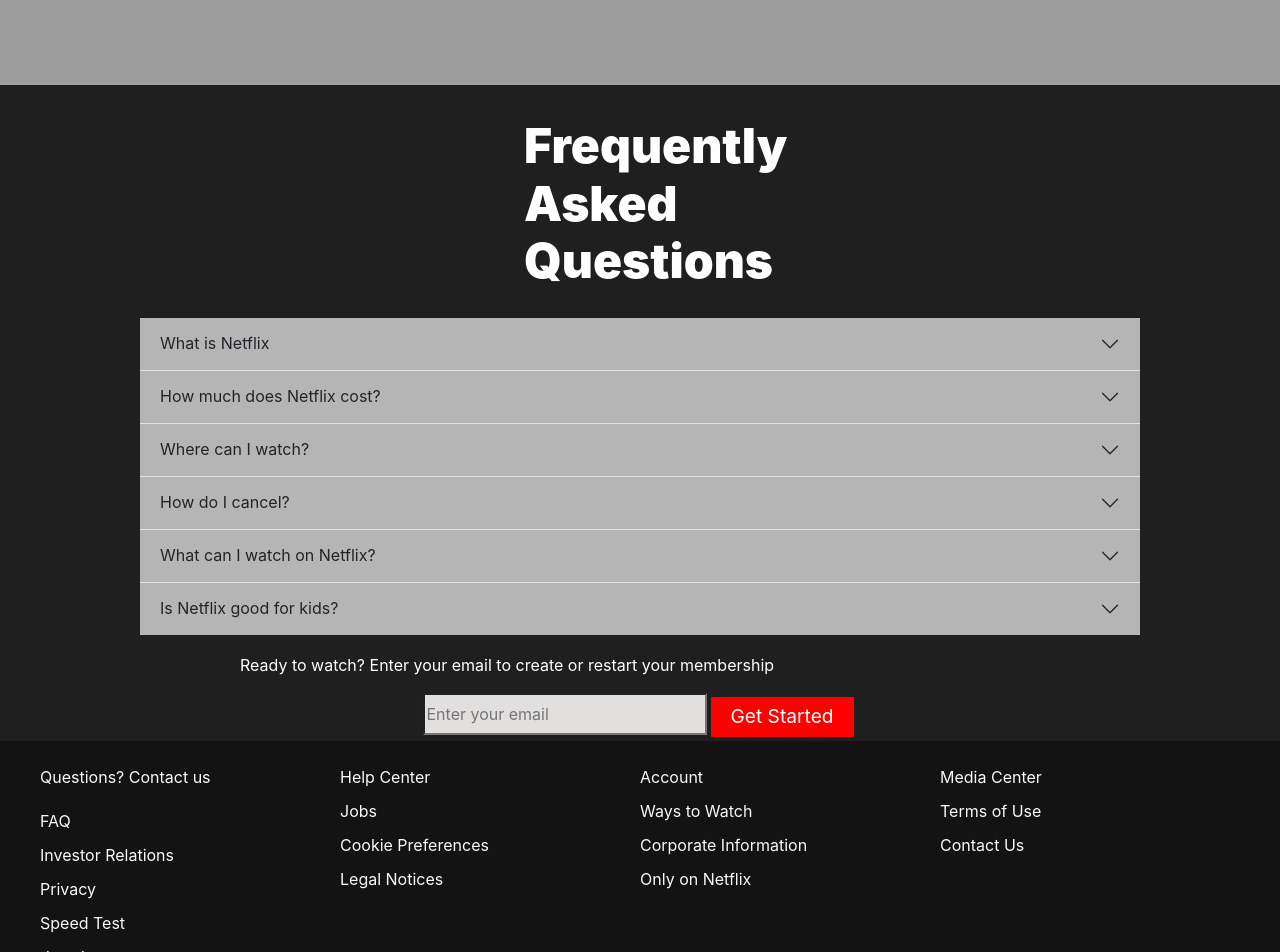
Repository: WajihaGul/Netflix-Clone
Page: /
These files come from the project's save history. The page is drawn as it stood at one moment and after the next save; the edit follows.
The browser window is 1280 px wide. The pictures show the part of the page from y = 536 to 1488 px (the page is 1589 px tall).
Pictures or frames that could not be fetched are drawn as grey boxes. The project was rebuilt for these pictures with package versions that can differ from the ones it lists, and the page was loaded fresh each time. Also part of the build but not shown: src/App.css.

Above is the page before, as saved 2024-05-24 16:43:36.

### public/index.html
<!DOCTYPE html>
<html lang="en">
  <head>
    <meta charset="utf-8" />
    <link rel="icon" href="https://encrypted-tbn0.gstatic.com/images?q=tbn:ANd9GcSJd82jZdXs8Uj9CX3mJFuRF27MZB7q_34xAg&s" />
    <meta name="viewport" content="width=device-width, initial-scale=1" />
    <meta name="theme-color" content="#000000" />
    <meta
      name="description"
      content="Web site created using create-react-app"
    />
    <link rel="apple-touch-icon" href="%PUBLIC_URL%/logo192.png" />
    <!--
      manifest.json provides metadata used when your web app is installed on a
      user's mobile device or desktop. See https://developers.google.com/web/fundamentals/web-app-manifest/
    -->
    <link rel="manifest" href="%PUBLIC_URL%/manifest.json" />
    <!--
      Notice the use of %PUBLIC_URL% in the tags above.
      It will be replaced with the URL of the `public` folder during the build.
      Only files inside the `public` folder can be referenced from the HTML.

      Unlike "/favicon.ico" or "favicon.ico", "%PUBLIC_URL%/favicon.ico" will
      work correctly both with client-side routing and a non-root public URL.
      Learn how to configure a non-root public URL by running `npm run build`.
    -->
    <title>Netflix- Watch TV Shows Online, Watch Movies Online</title>
  </head>
  <body>
    <noscript>You need to enable JavaScript to run this app.</noscript>
    <div id="root"></div>
    <!--
      This HTML file is a template.
      If you open it directly in the browser, you will see an empty page.

      You can add webfonts, meta tags, or analytics to this file.
      The build step will place the bundled scripts into the <body> tag.

      To begin the development, run `npm start` or `yarn start`.
      To create a production bundle, use `npm run build` or `yarn build`.
    -->
  </body>
</html>

### src/index.js
import "bootstrap/dist/css/bootstrap.min.css";
import React from "react";
import ReactDOM from "react-dom/client";
import "./index.css";
import App from "./App";
import reportWebVitals from "./reportWebVitals";

const root = ReactDOM.createRoot(document.getElementById("root"));
root.render(
  <React.StrictMode>
    <App />
  </React.StrictMode>
);

// If you want to start measuring performance in your app, pass a function
// to log results (for example: reportWebVitals(console.log))
// or send to an analytics endpoint. Learn more: https://bit.ly/CRA-vitals
reportWebVitals();

### src/App.js
import "./App.css";
import Footer from "./Components/Footer/Footer";
import FAQs from "./Components/FAQs/FAQs";
import SignupHere from "./Components/SignupHere/SignupHere";

function App() {
  return (
    <>
      <SignupHere />
      <FAQs />
      <Footer />
    </>
  );
}

export default App;

### src/Components/Footer/Footer.jsx
import React from "react";
import styles from "./Footer.module.css";
const Footer = () => {
  return (
    <>
      <footer className={`bg-dark text-light py-4 ${styles.mainclass}`}>
        <div className={styles.container}>
          <div className="row">
            <div className={styles.FooterHere}>
              <div className="col-lg-12">
                <p>Questions? Contact us </p>
                <ul>
                  <li>FAQ</li>
                  <li>Investor Relations</li>
                  <li>Privacy</li>
                  <li>Speed Test</li>
                  dropdown
                  <li>Netflix Pakistan</li>
                </ul>
              </div>

              <div className="col-lg-12">
                <ul>
                  <li>Help Center</li>
                  <li>Jobs</li>
                  <li>Cookie Preferences</li>
                  <li>Legal Notices</li>
                </ul>
              </div>

              <div className="col-lg-12 ">
                <ul>
                  <li>Account</li>
                  <li>Ways to Watch</li>
                  <li>Corporate Information</li>
                  <li>Only on Netflix</li>
                </ul>
              </div>

              <div className="col-lg-12 ">
                <ul>
                  <li>Media Center</li>
                  <li>Terms of Use</li>
                  <li>Contact Us</li>
                </ul>
              </div>
            </div>
          </div>
        </div>
      </footer>
    </>
  );
};

export default Footer;

### src/Components/FAQs/FAQs.jsx
import "bootstrap/dist/js/bootstrap.bundle.min.js"; // Import Bootstrap JavaScript
import React from "react";
import styles from "./FAQs.module.css";
const FAQs = () => {
  return (
    <>
      <div className={styles.parentdiv}>
        <h1 className={styles.faqh1}>Frequently Asked Questions</h1>
        <div
          className={`accordion accordion-flush id="accordionFlushExample"  ${styles.container}`}
        >
          <div className="accordion-item">
            <h2 className="accordion-header">
              <button
                className="accordion-button collapsed"
                type="button"
                data-bs-toggle="collapse"
                data-bs-target="#flush-collapseOne"
                aria-expanded="false"
                aria-controls="flush-collapseOne"
                style={{ backgroundColor: "rgb(181 181 181)" }}
              >
                What is Netflix
              </button>
            </h2>
            <div
              id="flush-collapseOne"
              className="accordion-collapse collapse"
              data-bs-parent="#accordionFlushExample"
            >
              <div className="accordion-body">
                Netflix is a streaming service that offers a wide variety of
                award-winning TV shows, movies, anime, documentaries, and more
                on thousands of internet-connected devices. You can watch as
                much as you want, whenever you want without a single commercial
                – all for one low monthly price. There's always something new to
                discover and new TV shows and movies are added every week!
              </div>
            </div>
          </div>
          <div className="accordion-item">
            <h2 className="accordion-header">
              <button
                className="accordion-button collapsed"
                type="button"
                data-bs-toggle="collapse"
                data-bs-target="#flush-collapseTwo"
                aria-expanded="false"
                aria-controls="flush-collapseTwo"
                style={{ backgroundColor: "rgb(181 181 181)" }}
              >
                How much does Netflix cost?
              </button>
            </h2>
            <div
              id="flush-collapseTwo"
              className="accordion-collapse collapse"
              data-bs-parent="#accordionFlushExample"
            >
              <div className="accordion-body">
                Watch Netflix on your smartphone, tablet, Smart TV, laptop, or
                streaming device, all for one fixed monthly fee. Plans range
                from Rs 250 to Rs 1,100 a month. No extra costs, no contracts.
              </div>
            </div>
          </div>
          <div className="accordion-item">
            <h2 className="accordion-header">
              <button
                className="accordion-button collapsed"
                type="button"
                data-bs-toggle="collapse"
                data-bs-target="#flush-collapseThree"
                aria-expanded="false"
                aria-controls="flush-collapseThree"
                style={{ backgroundColor: "rgb(181 181 181)" }}
              >
                Where can I watch?
              </button>
            </h2>
            <div
              id="flush-collapseThree"
              className="accordion-collapse collapse"
              data-bs-parent="#accordionFlushExample"
            >
              <div className="accordion-body">
                Watch anywhere, anytime. Sign in with your Netflix account to
                watch instantly on the web at netflix.com from your personal
                computer or on any internet-connected device that offers the
                Netflix app, including smart TVs, smartphones, tablets,
                streaming media players and game consoles. You can also download
                your favorite shows with the iOS, Android, or Windows 10 app.
                Use downloads to watch while you're on the go and without an
                internet connection. Take Netflix with you anywhere.
              </div>
            </div>
          </div>
          <div className="accordion-item">
            <h2 className="accordion-header">
              <button
                className="accordion-button collapsed"
                type="button"
                data-bs-toggle="collapse"
                data-bs-target="#flush-collapseOne"
                aria-expanded="false"
                aria-controls="flush-collapseOne"
                style={{ backgroundColor: "rgb(181 181 181)" }}
              >
                How do I cancel?
              </button>
            </h2>
            <div
              id="flush-collapseOne"
              className="accordion-collapse collapse"
              data-bs-parent="#accordionFlushExample"
            >
              <div
                className="accordion-body"
                style={{ backgroundColor: "rgb(181 181 181)" }}
              >
                Netflix is flexible. There are no pesky contracts and no
                commitments. You can easily cancel your account online in two
                clicks. There are no cancellation fees – start or stop your
                account anytime.
              </div>
            </div>
          </div>
          <div className="accordion-item">
            <h2 className="accordion-header">
              <button
                className="accordion-button collapsed"
                type="button"
                data-bs-toggle="collapse"
                data-bs-target="#flush-collapseTwo"
                aria-expanded="false"
                aria-controls="flush-collapseTwo"
                style={{ backgroundColor: "rgb(181 181 181)" }}
              >
                What can I watch on Netflix?
              </button>
            </h2>
            <div
              id="flush-collapseTwo"
              className="accordion-collapse collapse"
              data-bs-parent="#accordionFlushExample"
            >
              <div className="accordion-body">
                Netflix has an extensive library of feature films,
                documentaries, TV shows, anime, award-winning Netflix originals,
                and more. Watch as much as you want, anytime you want.
              </div>
            </div>
          </div>
          <div className="accordion-item">
            <h2 className="accordion-header">
              <button
                className="accordion-button collapsed"
                type="button"
                data-bs-toggle="collapse"
                data-bs-target="#flush-collapseThree"
                aria-expanded="false"
                aria-controls="flush-collapseThree"
                style={{ backgroundColor: "rgb(181 181 181)" }}
              >
                Is Netflix good for kids?
              </button>
            </h2>
            <div
              id="flush-collapseThree"
              className="accordion-collapse collapse"
              data-bs-parent="#accordionFlushExample"
            >
              <div className="accordion-body">
                The Netflix Kids experience is included in your membership to
                give parents control while kids enjoy family-friendly TV shows
                and movies in their own space. Kids profiles come with
                PIN-protected parental controls that let you restrict the
                maturity rating of content kids can watch and block specific
                titles you don’t want kids to see.
              </div>
            </div>
          </div>
        </div>
        <div>
          <p className={styles.SignupText}>
            Ready to watch? Enter your email to create or restart your
            membership
          </p>
          <div className={styles.signupwithbtn}>
            <input
              className={styles.SignupForm}
              type="email"
              id="email"
              name="email"
              placeholder="Enter your email"
              required
            />
            <button className={styles.SignUpBtn}>Get Started</button>
          </div>
        </div>
      </div>
    </>
  );
};
export default FAQs;

### src/Components/SignupHere/SignupHere.jsx
import styles from "./SignupHere.module.css";

const SignupHere = () => {
  return (
    <>
      <div className={styles.imgContainer}>
        <div className={`expand-lg bg-body-tertiary ${styles.navcontainer} `}>
          <h1>NETFLIX</h1>
          className={`expand-lg bg-body-tertiary ${styles.navcontainer} `}
          <div className="container-fluid">
            <a className={styles.brand} href="#">
              <span className={styles.navstyle}>NETFLIX</span>
            </a>

            <button className={styles.navbtn} type="submit">
              Sign in
            </button>
          </div>
          <div className={styles.SignupTextDiv}>
            <h1 className={styles.SignupText}>
              Unlimited movies, TV shows, and more
            </h1>
            <p className={styles.SignupText}>Watch anywhere. Cancel anytime.</p>
            <p className={styles.SignupText}>
              Ready to watch? Enter your email to create or restart your
              membership
            </p>
            <div>
              <input
                className={styles.SignupForm}
                type="email"
                id="email"
                name="email"
                placeholder="Enter your email"
                required
              />
              <button className={styles.SignUpBtn}>Get Started</button>
            </div>
          </div>
        </div>
      </div>
    </>
  );
};

export default SignupHere;

### src/Components/Footer/Footer.module.css
.mainclass{
    background-color: #141313 !important;
}
.container {
    max-width: 1200px;
    margin: 0 auto;

  }

  .FooterHere {
    display: flex;
    flex-wrap: wrap;
    justify-content: space-between;
  }

  .FooterHere > div {
    flex: 1;
    min-width: 200px;
    margin-bottom: 20px;
  }

  ul {
    list-style: none;
    padding: 0;
  }

  ul li {
    margin-bottom: 10px;
    cursor: pointer;
  }

  ul li:hover {
    text-decoration: underline;
  }

  footer p {
    margin-bottom: 20px;
  }

  @media (max-width: 768px) {
    .FooterHere {
      flex-direction: column;
      align-items: flex-start;
    }

    .FooterHere > div {
      min-width: 100%;
    }
  }

### src/Components/FAQs/FAQs.module.css
.parentdiv{
   background:#000000e0;
}
.container{
   width:1000px;
   margin: 0 auto;

}



.faqh1{
   color:white;
   font-size: 3rem;
   font-weight: 900;
   padding-left: 524px;
   padding-right: 524px;
   padding-bottom: 20px;
   padding-top: 32px;
}
.SignUpBtn{
   background: red;
   color: white;
   height: 40px;
   width: 143px;
   margin: 4px;
   /* border-radius: 7px; */
   border: none;
   font-size: larger;
}

.SignupText{
   color: white;
   padding-left: 240px;
    padding-right: 240px;
    padding-top: 18px;

}

.SignupForm{
   width: 284px;
   height: 42px;
   background: #e2dfdf;
   align-items:center;
   justify-content: center;
}
.signupwithbtn{
   justify-content: center;
        display: flex;
      flex-direction: row;
}

### src/Components/SignupHere/SignupHere.module.css
.imgContainer{
    margin-top: -79px;
    height: 700px;
    width: 100%;
    background-image: url(https://assets.nflxext.com/ffe/siteui/vlv3/a99688ca-33c3-4099-9baa-07a2e2acb398/0279102c-4f3f-4ed2-a283-cce57434d595/PK-en-20240520-popsignuptwoweeks-perspective_alpha_website_large.jpg);
}


.navbtn {
    background: #e61c1c;
    color: white;
    /* padding: 4px 17px; */
    border-radius: 7px;
    border: none;
    font-size: medium;
    font-family: emoji;
    margin-left: 343px;
    margin-right: 343px;
    padding-top: 4px;
    padding-bottom: 4px;
    height: 32px;
    width: 71px;
    margin-top: 2px;
    margin-bottom: 2px;
}

.navstyle{
    color: red;
    font-size: xx-large;
    font-family: emoji;
    padding-left: 343px;
    padding-right: 343px;
    padding-top: 10px;
    padding-bottom: 10px;
}

.navcontainer{
    background-color: transparent !important;
}
.SignupText{
    color: white;
    align-items: center;
    justify-content: center;
    display: flex;
    flex-direction: column;
}
.SignupTextDiv{
    color: white;
    align-items: center;
    justify-content: center;
    display: flex;
    flex-direction: column;
    margin-top: 170px;
}
.SignupForm{
    width: 284px;
    height: 42px;
    background: #e2dfdf;
}
.SignUpBtn{
    background: red;
    color: white;
    height: 40px;
    width: 143px;
    margin: 4px;
    /* border-radius: 7px; */
    border: none;
    font-size: larger;
}

Loaded but not shown: src/index.css (common file); src/reportWebVitals.js (common file)

After the next save:
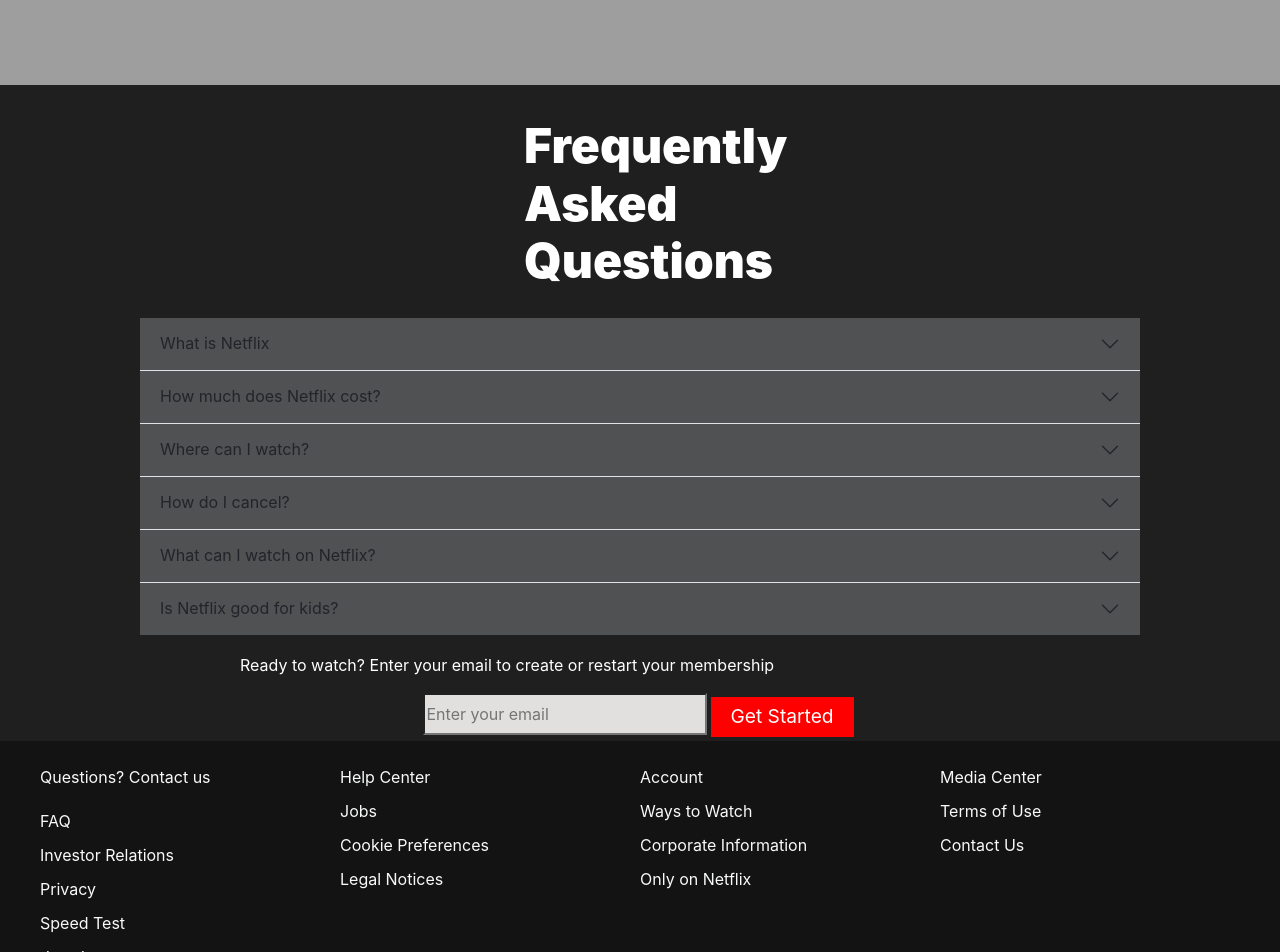
Saved 2 min 37 s later.
--- a/src/Components/FAQs/FAQs.jsx
+++ b/src/Components/FAQs/FAQs.jsx
@@ -18,7 +18,7 @@
                 data-bs-target="#flush-collapseOne"
                 aria-expanded="false"
                 aria-controls="flush-collapseOne"
-                style={{ backgroundColor: "rgb(181 181 181)" }}
+                style={{ backgroundColor: "#4f5153" }}
               >
                 What is Netflix
               </button>
@@ -47,7 +47,7 @@
                 data-bs-target="#flush-collapseTwo"
                 aria-expanded="false"
                 aria-controls="flush-collapseTwo"
-                style={{ backgroundColor: "rgb(181 181 181)" }}
+                style={{ backgroundColor: "#4f5153" }}
               >
                 How much does Netflix cost?
               </button>
@@ -73,7 +73,7 @@
                 data-bs-target="#flush-collapseThree"
                 aria-expanded="false"
                 aria-controls="flush-collapseThree"
-                style={{ backgroundColor: "rgb(181 181 181)" }}
+                style={{ backgroundColor: "#4f5153" }}
               >
                 Where can I watch?
               </button>
@@ -104,7 +104,7 @@
                 data-bs-target="#flush-collapseOne"
                 aria-expanded="false"
                 aria-controls="flush-collapseOne"
-                style={{ backgroundColor: "rgb(181 181 181)" }}
+                style={{ backgroundColor: "#4f5153" }}
               >
                 How do I cancel?
               </button>
@@ -116,7 +116,7 @@
             >
               <div
                 className="accordion-body"
-                style={{ backgroundColor: "rgb(181 181 181)" }}
+                style={{ backgroundColor: "#4f5153" }}
               >
                 Netflix is flexible. There are no pesky contracts and no
                 commitments. You can easily cancel your account online in two
@@ -134,7 +134,7 @@
                 data-bs-target="#flush-collapseTwo"
                 aria-expanded="false"
                 aria-controls="flush-collapseTwo"
-                style={{ backgroundColor: "rgb(181 181 181)" }}
+                style={{ backgroundColor: "#4f5153" }}
               >
                 What can I watch on Netflix?
               </button>
@@ -160,7 +160,7 @@
                 data-bs-target="#flush-collapseThree"
                 aria-expanded="false"
                 aria-controls="flush-collapseThree"
-                style={{ backgroundColor: "rgb(181 181 181)" }}
+                style={{ backgroundColor: "#4f5153" }}
               >
                 Is Netflix good for kids?
               </button>
